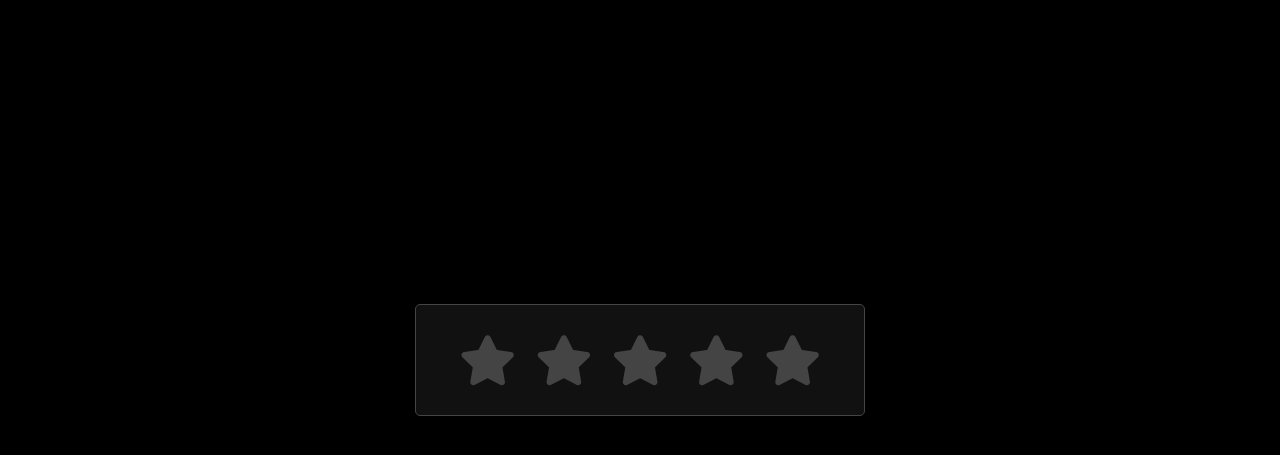
Repository: Suryansh-D/Star-Ratings
Page: index.html
An editor plug-in stored every save of this project. The page is shown before and after a run of saves, followed by the edit.
The browser window is 1280 px wide. The pictures show the whole page.

Above is the page before, as saved 2024-02-03 10:47:25.

### index.html
<!DOCTYPE html>
<html lang="en">
<head>
    <meta charset="UTF-8">
    <meta name="viewport" content="width=device-width, initial-scale=1.0">
    <title>Document</title>
</head>
<link rel="stylesheet" href="style.css">
<link rel="stylesheet" href="https://cdnjs.cloudflare.com/ajax/libs/font-awesome/5.15.3/css/all.min.css">
<body>
    <div class="container">
        <div class="post">
            <div class="text">Thanks for rating us!</div>
            <div class="edit">EDIT</div>
            </div>
        <div class="stars">
            <input type="radio" name="rate" id="rate-5">
            <label for="rate-5" class="fas fa-star"></label>
            <input type="radio" name="rate" id="rate-4">
            <label for="rate-4" class="fas fa-star"></label>
            <input type="radio" name="rate" id="rate-3">
            <label for="rate-3" class="fas fa-star"></label>
            <input type="radio" name="rate" id="rate-2">
            <label for="rate-2" class="fas fa-star"></label>
            <input type="radio" name="rate" id="rate-1">
            <label for="rate-1" class="fas fa-star"></label>
            <form action="#">
                <header></header>
                <div class="textarea">
                <textarea cols="30" placeholder="Describe your experience"></textarea>
                </div>
                    <div class="btn">
                        <button type="submit">Post</button>
                        </div>
                 </form>
        </div>
    </div>
    <script src="script.js"></script>
</body>
</html>

### style.css
@import url('https://fonts.googleapis.com/css?family=Roboto:400,700');
* {
  margin: 0;
  padding: 0;
  box-sizing: border-box;
  font-family:'Poppins', sans-serif;
}
html, body {
  height: 100%;
  background-color: #000;
  place-items: center;
  display: grid;
  text-align: center;
}

.container {
    position: relative;
    width: 450px;
    background: #111;
    padding: 20px  30px;
    border: 1px solid #444;
    border-radius: 5px;
    display: flex;
    flex-direction: column;
    align-items: center;
    justify-content: center;
}
.container .post{
    display: none;

}
.container .stars input{
    display: none;
}
.stars label{
    font-size: 50px;
    color: #444;
    cursor: pointer;
    transition: all 0.2s ease;
    float: right;
    padding: 10px;

}
.stars input:not(:checked) ~ label:hover ,
.stars input:not(:checked) ~ label:hover ~ label{
    color: #ffcc00;
}
.stars input:checked ~ label{
    color: #ffcc00;
}
input#rate-5:checked ~ label{
    color: #fe7;
    text-shadow: 0 0 20px #f1cf45;
}
input#rate-4:checked ~ label{
    color: #fe7;
    text-shadow: 0 0 20px #f1cf45;
}
input#rate-3:checked ~ label{
    color: #fe7;
    text-shadow: 0 0 20px #f1cf45;
}
input#rate-2:checked ~ label{
    color: #fe7;
    text-shadow: 0 0 20px #f1cf45;
}
input#rate-1:checked ~ label{
    color: #fe7;
    text-shadow: 0 0 20px #f1cf45;
}

#rate-1:checked ~ form header:before{
    content: "Hatt Bakwas 😤";

}
#rate-2:checked ~ form header:before{
    content: "Bekaar 😒";
}
#rate-3:checked ~ form header:before{
    content: "Theek hi hai 🙂";
}
#rate-4:checked ~ form header:before{
    content: "Badhiya kiye Munna😌";
}
#rate-5:checked ~ form header:before{
    content: "Ohh Bhaisaab! 🤯 ";
}

.container .text{
    font-size: 25px;
    color: #666;
    font-weight: 700;

}
.container .edit{
    position: absolute;
    right:10px;
    top:5px;
    font-size: 16px;
    color: #666;
    font-weight: 500;
    cursor: pointer;
}
.container .edit:hover{
    text-decoration: underline;
    color: #fe7;
}
.container form{
    display: none;
}
input:checked ~ form{
    display: block;
    transition: all 0.2s ease;
}
form header{
    width:100%;
    font-size: 25px;
    color: #fe7;
    font-weight: 700;
    margin: 5px 0 20px 0;
    text-align: center;
    transition: all 0.2s ease;
}

form .textarea{
    width: 100%;
   height: 100%;
   overflow: hidden;
}
form .textarea textarea{
    height: 100%;
    width:100%;
    outline: none;
    color: #fff;
    border: 1px solid #333;
    background: #222;
    padding: 10px;
    font-size: 17px;
    resize: none;
}
form .btn{
  height: 45px;
  width: 100%;
  margin: 15px 0;
}
form .btn button{
    width: 100%;
    height: 100%;
    border: 1px solid #444;
    outline: none;
    background: #222;
    color: #999;
    font-size: 20px;
    font-weight: 700;
    cursor: pointer;
    transition: all 0.2s ease;
    font-size: 17px;
    text-transform: uppercase;
}
form .btn button:hover{
    background: #1b1b1b;
    color: #fff;
}

### script.js
const btn = document.querySelector('button');
const post = document.querySelector('.post');
const widget = document.querySelector('.stars');
const editBtn = document.querySelector('.edit');

btn.onclick =() => {
    widget.style.display = 'none';
    post.style.display = 'block';


    editBtn.onclick =() => {
        widget.style.display = 'block';
        post.style.display = 'none';

    }
    return false;
}

After the next 2 saves:
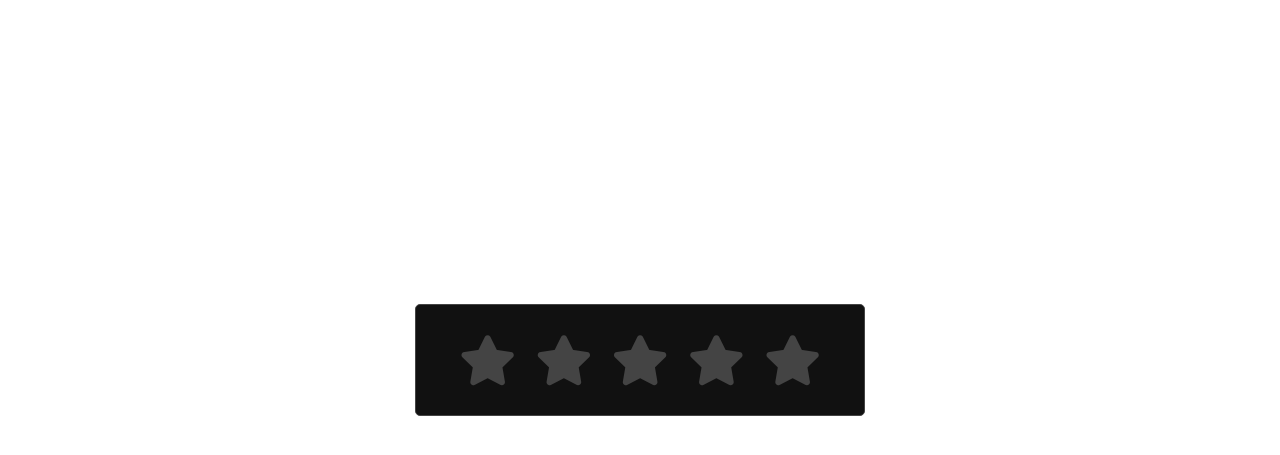
The 2 saves are shown as one change because they came seconds apart.
The last was saved 7 s later.
--- a/style.css
+++ b/style.css
@@ -7,6 +7,7 @@
 }
 html, body {
   height: 100%;
+  v
   background-color: #000;
   place-items: center;
   display: grid;
